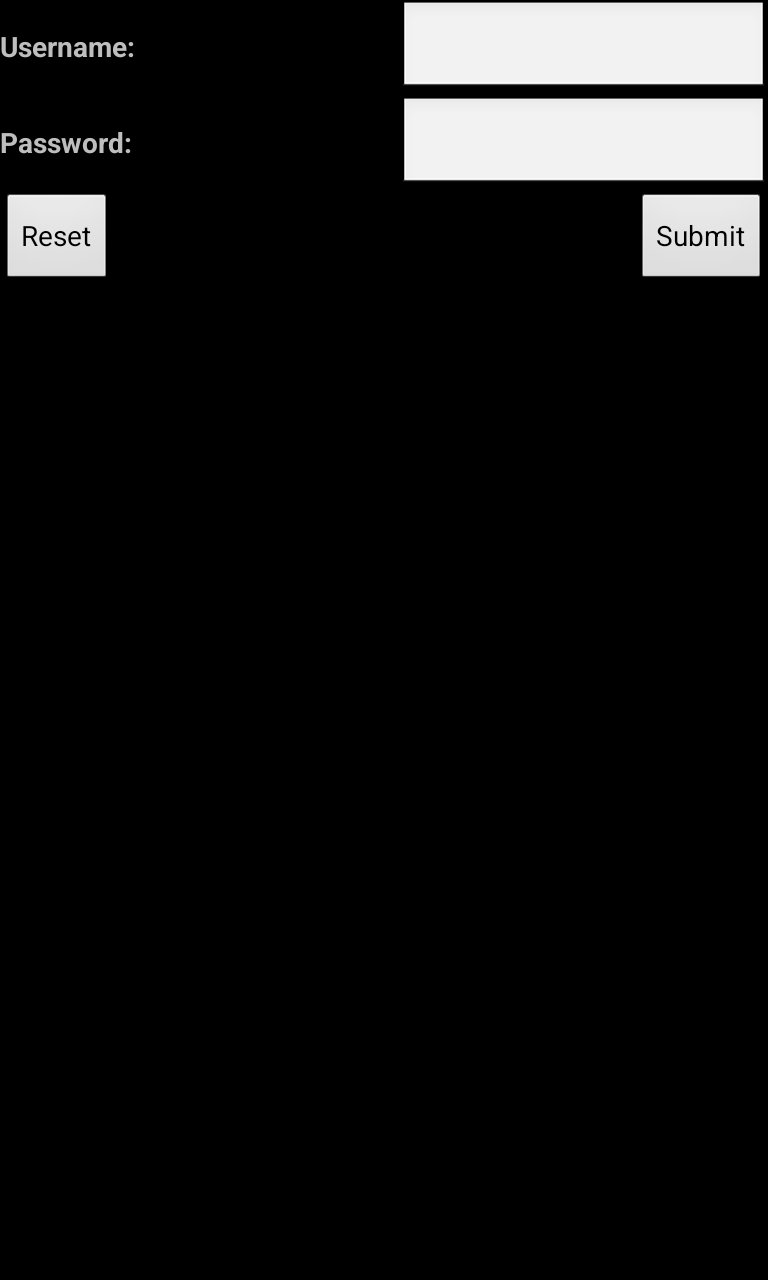
Repository: World-Three-Technologies/Masxaro-Prototype
Layout: Android/W3T/res/layout/main_login.xml
The author's editor kept a copy of each file at every save. The layout is drawn from the files as they stood at one save, then again after the next save.
It is drawn on a 768 x 1280 px phone screen (xhdpi) without system bars, with theme android:Theme; the app's code is not run.

Above is the layout before, as saved 2011-06-02 09:06:48.

After the next save:
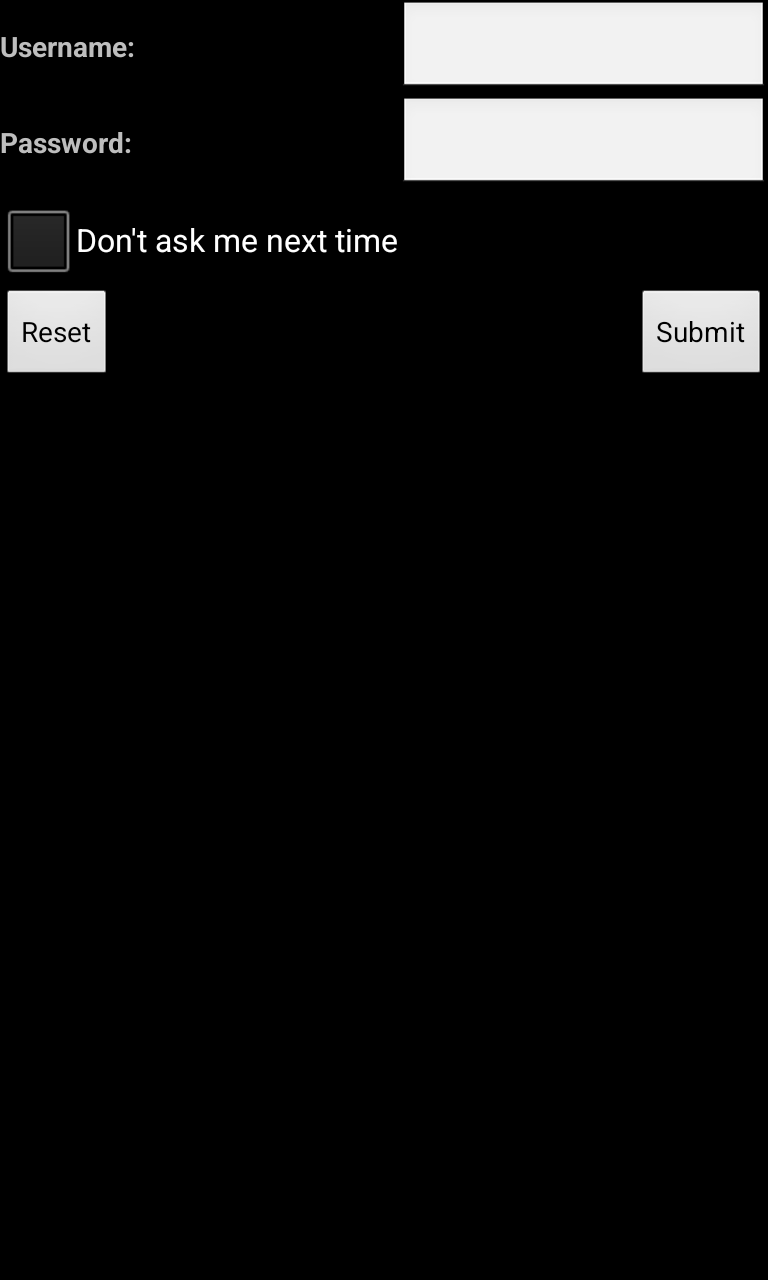
Saved 2 s later.
--- a/Android/W3T/res/layout/main_login.xml
+++ b/Android/W3T/res/layout/main_login.xml
@@ -34,7 +34,6 @@
 		<TableRow>
 			<CheckBox android:id="@+id/keep_login_box"
 				android:text="@string/keep_login_label"
-				android:layout_height="warp_content"
 				android:layout_gravity="left"
 			/>
    		</TableRow>
